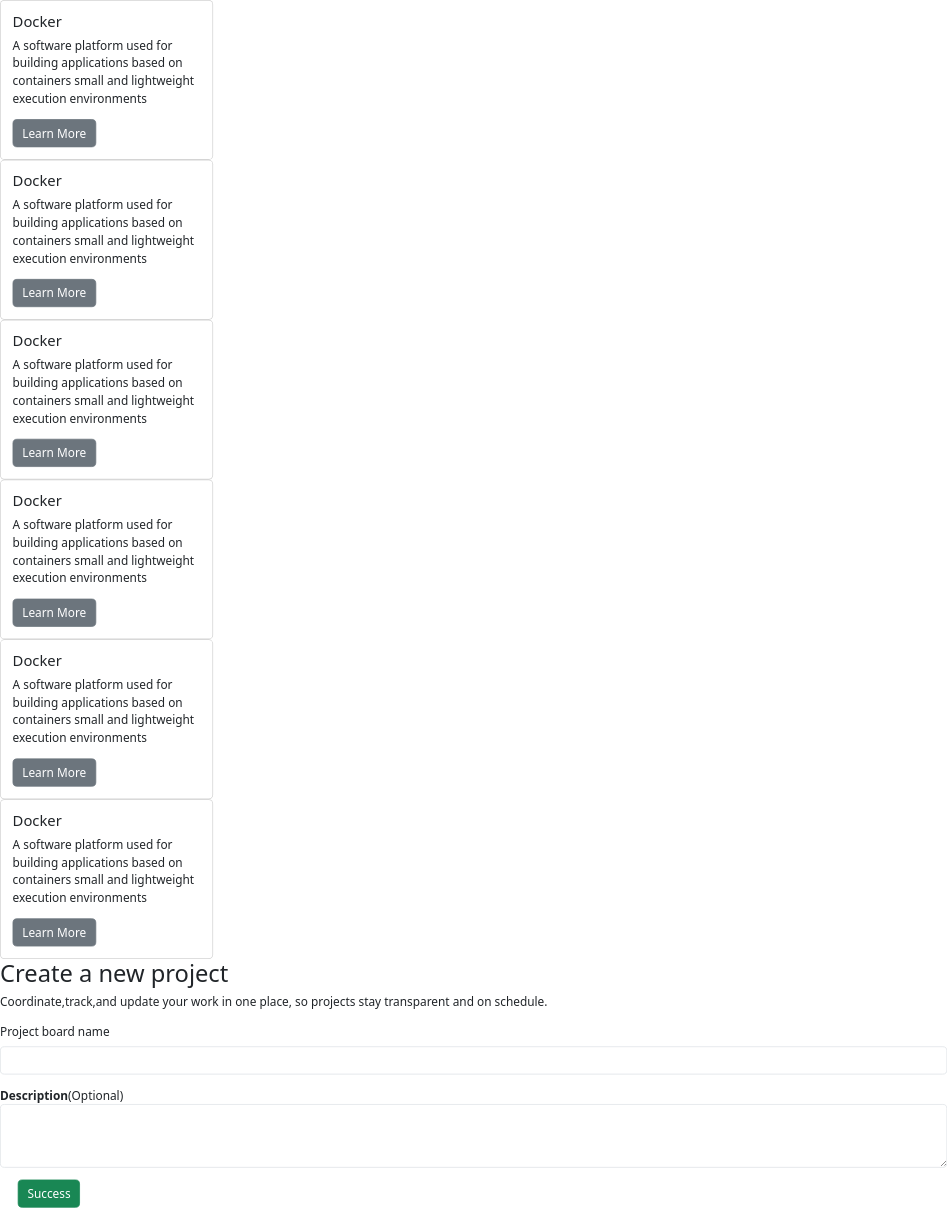
Repository: NSS-Evening-25-Cohort/e25-gitsub-control-alt-defeat
Page: index.html
An editor plug-in stored every save of this project. The page is shown before and after the next save, followed by the edit.
The browser window is 1280 px wide. The pictures show the whole page, at 74% of full size.

Above is the page before, as saved 2023-11-07 19:20:54.

After the next save:
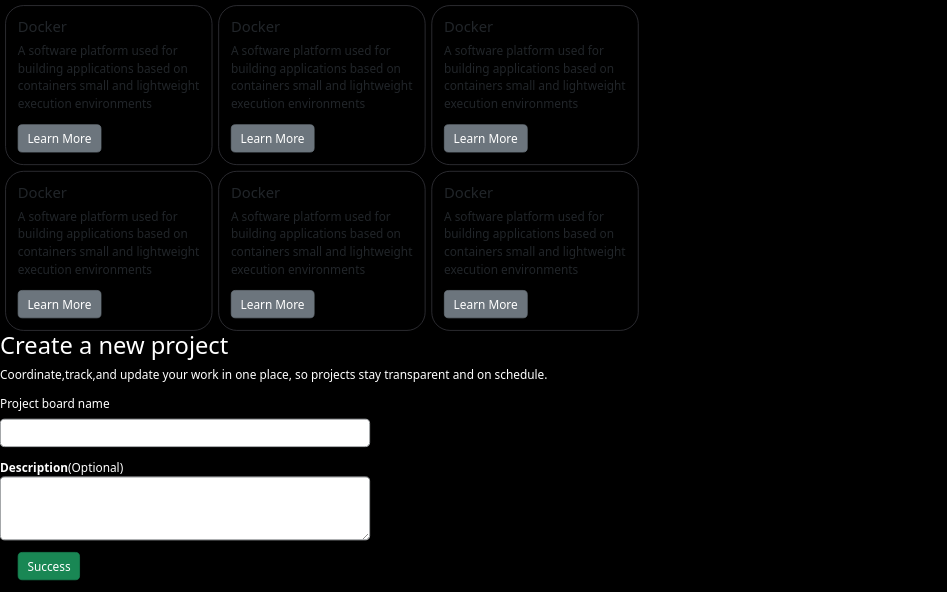
Saved 6 s later.
--- a/main.css
+++ b/main.css
@@ -1,63 +1,30 @@
-/* body {
+body {
   background-color: black;
-  display: flex;
-  flex-direction: column;
 }
 
-.headerPlacement {
+#app1{
+  flex-wrap: wrap;
   display: flex;
-  justify-content: end;
+  width: 900px;
 }
 
-header {
-  margin: 3%;
-  height: 3rem;
-  width: 65%;
-  justify-content: left;
-  display: flex;
-  gap: 5%;
-  background-color: blue;
+.mb-3{
+  width:500px;
+  color: white;
 }
 
-#sidebar {
-  background-color: blueviolet;
-  float: left;
-  margin-right: 8%;
-  width: 175px;
+.packageHeader{
+  color:white;
 }
 
-.appContainer {
-  display: flex;
-  justify-content: center;
-  margin: 3%;
+.card-body{
+  border: solid rgb(58, 58, 65) 1px;
+  border-radius: 25px;
+  background-color:black;
 }
 
-#app1 {
-  background-color: aqua;
-  height: 250px;
-  width: 400px;
+.card{
+  background-color:black;
+  padding-left: 6px;
+  padding-top: 6px;
 }
-
-#app2 {
-  margin-top: 5%;
-  background-color: blue;
-  height: 250px;
-}
-
-.footer {
-  background-color: aquamarine;
-  display: flex;
-  justify-content: center;
-  gap: 10%;
-}   */
-
-.footer img {
-  width: 10px;
-  height: 10px;
-  border-radius: 10px;
-  margin-right: 10px;
-}
-#app2 {
-  display: flex;
-  flex-wrap: wrap;
-}

After the 2 saves that followed:
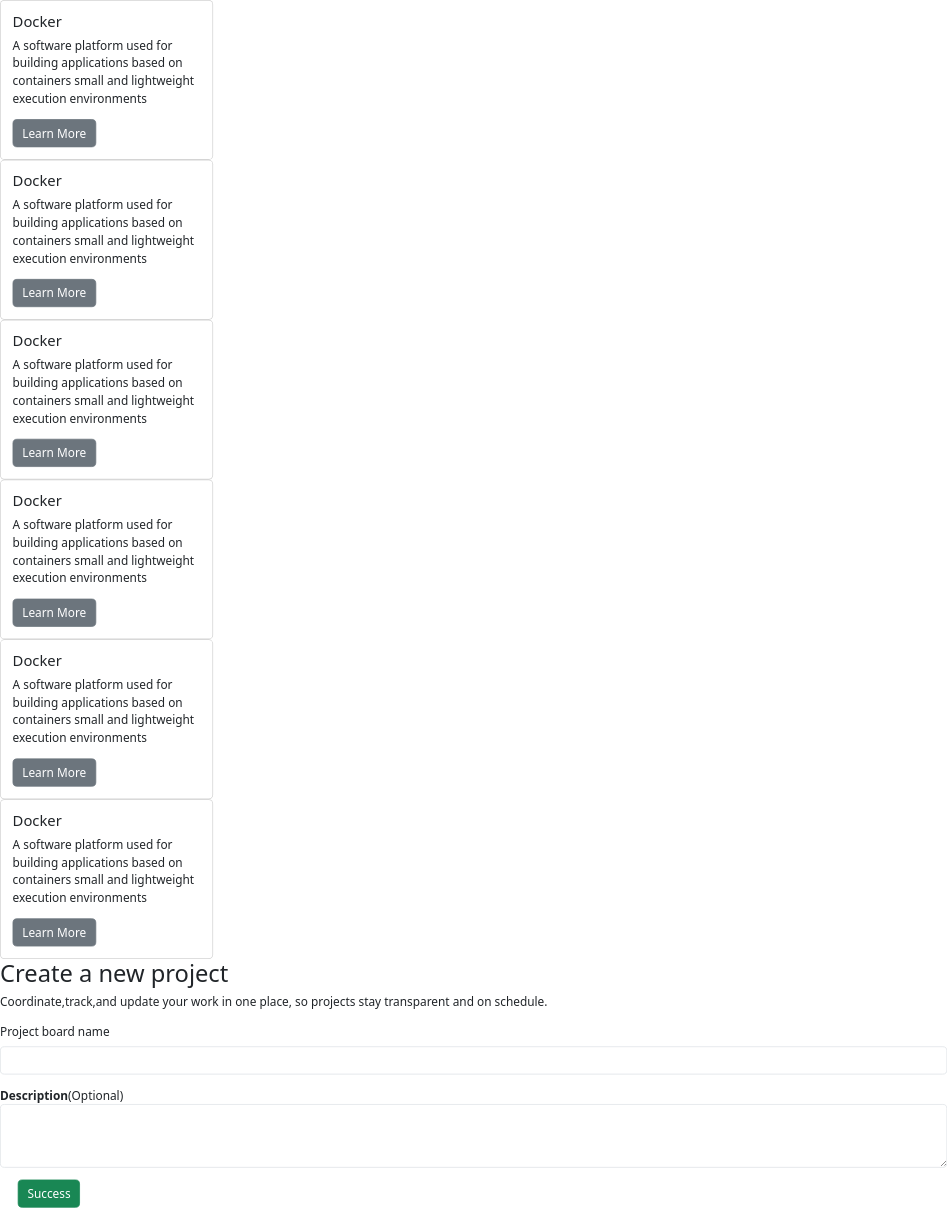
The 2 saves are shown as one change because they came seconds apart.
The last was saved 13 s later.
--- a/main.css
+++ b/main.css
@@ -1,30 +1,63 @@
-body {
+/* body {
   background-color: black;
+  display: flex;
+  flex-direction: column;
 }
 
-#app1{
-  flex-wrap: wrap;
+.headerPlacement {
   display: flex;
-  width: 900px;
+  justify-content: end;
 }
 
-.mb-3{
-  width:500px;
-  color: white;
+header {
+  margin: 3%;
+  height: 3rem;
+  width: 65%;
+  justify-content: left;
+  display: flex;
+  gap: 5%;
+  background-color: blue;
 }
 
-.packageHeader{
-  color:white;
+#sidebar {
+  background-color: blueviolet;
+  float: left;
+  margin-right: 8%;
+  width: 175px;
 }
 
-.card-body{
-  border: solid rgb(58, 58, 65) 1px;
-  border-radius: 25px;
-  background-color:black;
+.appContainer {
+  display: flex;
+  justify-content: center;
+  margin: 3%;
 }
 
-.card{
-  background-color:black;
-  padding-left: 6px;
-  padding-top: 6px;
+#app1 {
+  background-color: aqua;
+  height: 250px;
+  width: 400px;
 }
+
+#app2 {
+  margin-top: 5%;
+  background-color: blue;
+  height: 250px;
+}
+
+.footer {
+  background-color: aquamarine;
+  display: flex;
+  justify-content: center;
+  gap: 10%;
+}   */
+
+.footer img {
+  width: 10px;
+  height: 10px;
+  border-radius: 10px;
+  margin-right: 10px;
+}
+#app2 {
+  display: flex;
+  flex-wrap: wrap;
+}
